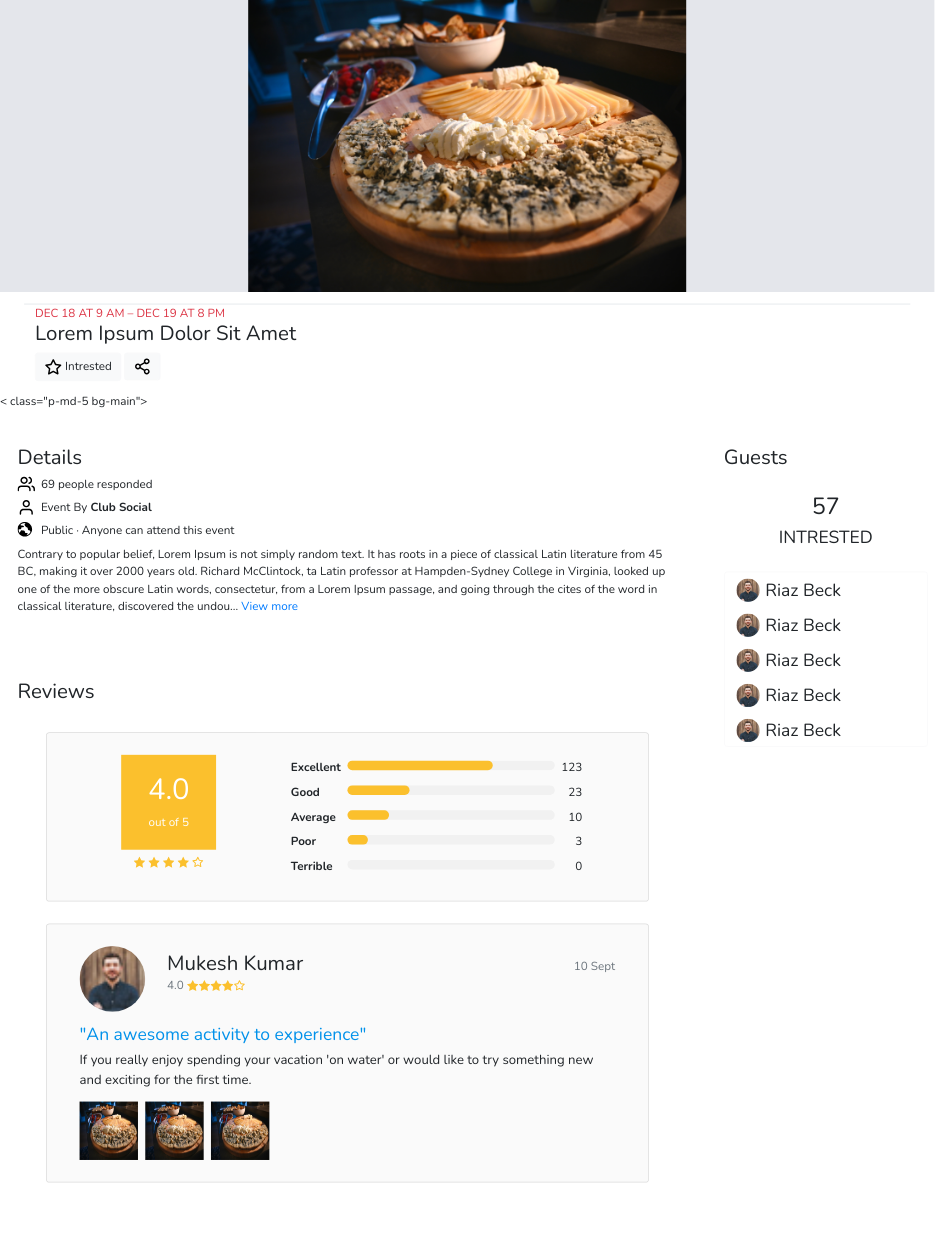
Repository: iamrachid/ensaevents
Page: event.html
These files come from the project's save history. The page is drawn as it stood at one moment and after the next save; the edit follows.
The browser window is 1280 px wide. The page is 1295 px wide, then 1280 px, so the pictures cover 1295 px, including what lies to the right of the window. The pictures show the whole page, at 73% of full size.

Above is the page before, as saved 2021-11-25 17:24:42.
Console error (its wording comes from the project's code and is left out).

After the next save:
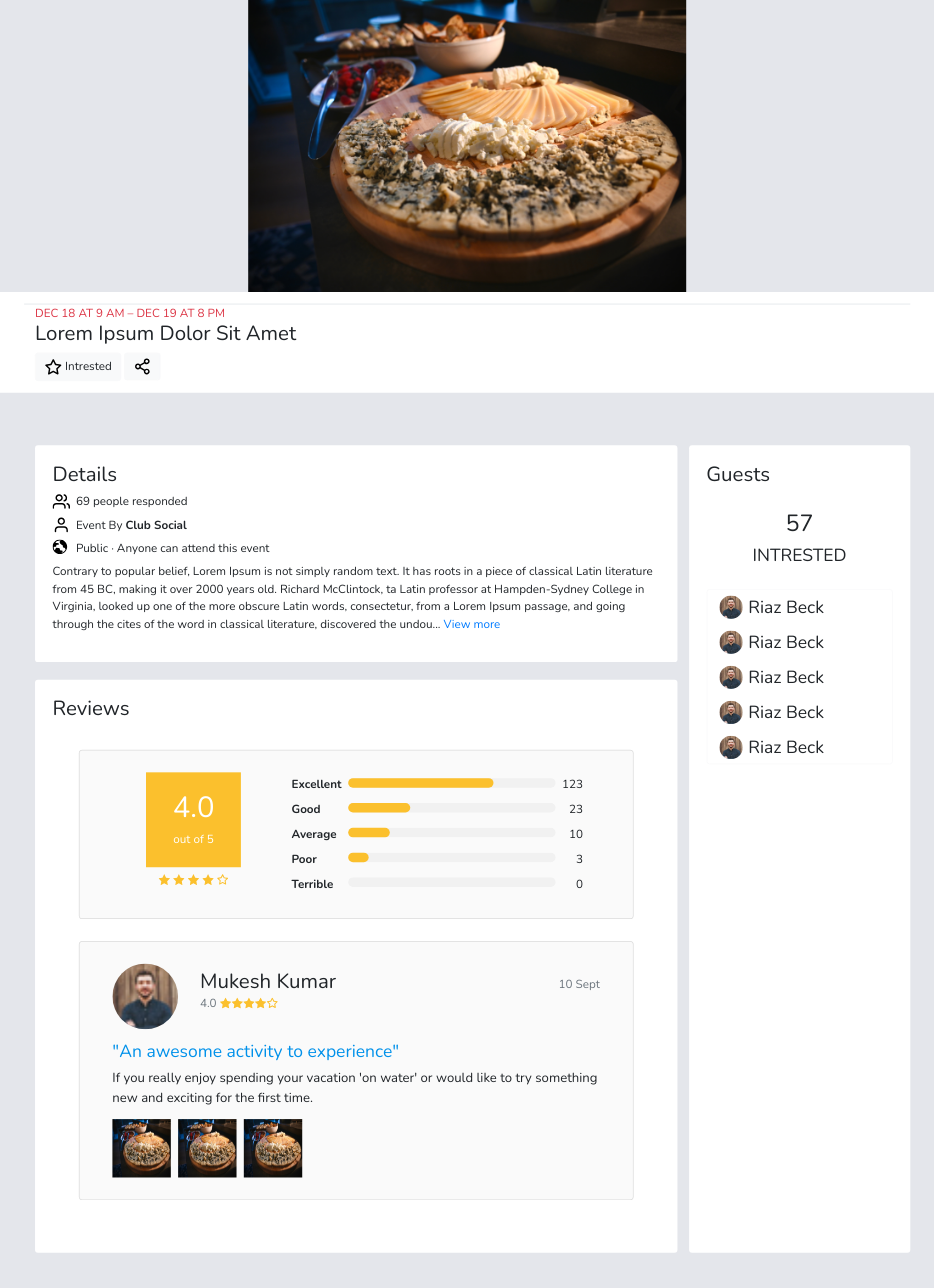
Saved 53 s later.
--- a/event.html
+++ b/event.html
@@ -43,7 +43,7 @@
         </div>
     </div>
 
-    < class="p-md-5 bg-main">
+    <div class="p-md-5 bg-main">
         <div class="row">
             <div class="col-md-8 col-lg-9 pr-3 col-sm-12">
                 <div class="bg-white mt-4 p-4 rounded">
@@ -287,15 +287,15 @@
                 </div>
             </div>
         </div>
-    </ <script src="js/jquery-3.6.0.js">
-    </script>
-    <!-- Bootstrap -->
-    <script src="js/bootstrap.js"></script>
-    <!-- Swiper JS -->
-    <script src="js/swiper-bundle.min.js"></script>
-
-    <!-- Main script -->
-    <script src="js/script.js"></script>
+        </ <script src="js/jquery-3.6.0.js">
+        </script>
+        <!-- Bootstrap -->
+        <script src="js/bootstrap.js"></script>
+        <!-- Swiper JS -->
+        <script src="js/swiper-bundle.min.js"></script>
+
+        <!-- Main script -->
+        <script src="js/script.js"></script>
 
 </body>
 
